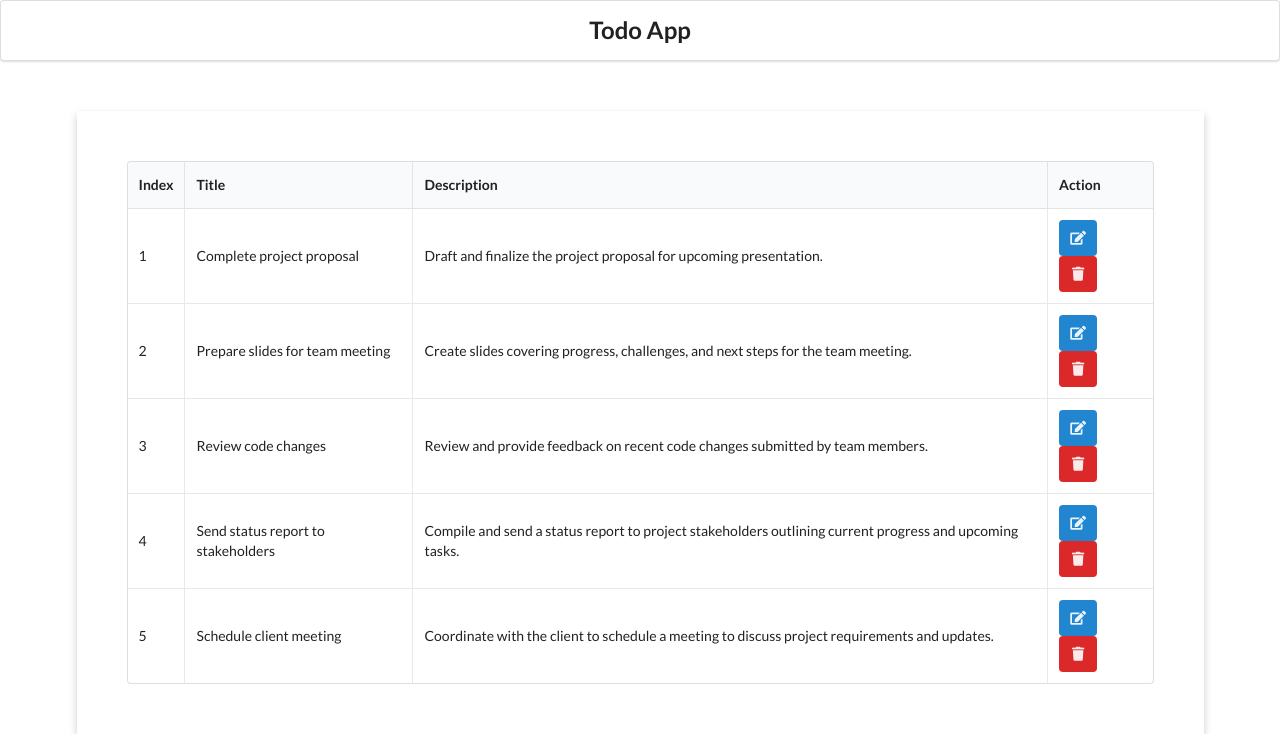
Repository: Wahid137/todo-app
Page: /
The author's editor kept a copy of each file at every save. The page is drawn from the files as they stood at one save, then again after the next save.
The browser window is 1280 px wide. The pictures show the whole page.
The project was rebuilt for these pictures with package versions that can differ from the ones it lists, and the page was loaded fresh each time. Also part of the build but not shown: src/App.css, src/index.css.

Above is the page before, as saved 2024-05-03 10:21:21.

After the next save:
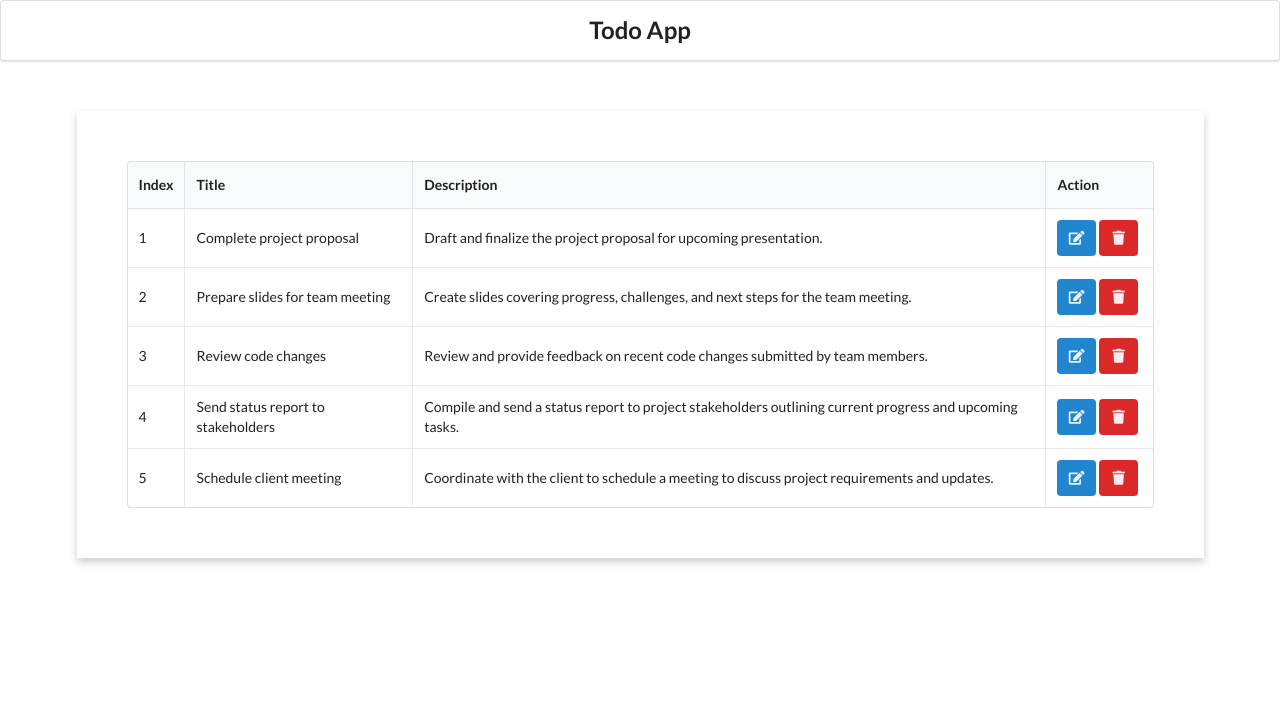
Saved 2 min 10 s later.
--- a/src/components/TodoListPage.js
+++ b/src/components/TodoListPage.js
@@ -33,12 +33,14 @@ const TodoListPage = () => {
                                     <Table.Cell>{todo.title}</Table.Cell>
                                     <Table.Cell>{todo.description}</Table.Cell>
                                     <Table.Cell>
-                                        <Button icon color='blue'>
-                                            <Icon name='edit' />
-                                        </Button>
-                                        <Button icon color='red' onClick={() => handleDelete(todo.id)}>
-                                            <Icon name='trash' />
-                                        </Button>
+                                        <div style={{ display: 'flex', justifyContent: 'space-between' }}>
+                                            <Button icon color='blue'>
+                                                <Icon name='edit' />
+                                            </Button>
+                                            <Button icon color='red' onClick={() => handleDelete(todo.id)}>
+                                                <Icon name='trash' />
+                                            </Button>
+                                        </div>
                                     </Table.Cell>
                                 </Table.Row>
                             ))}
